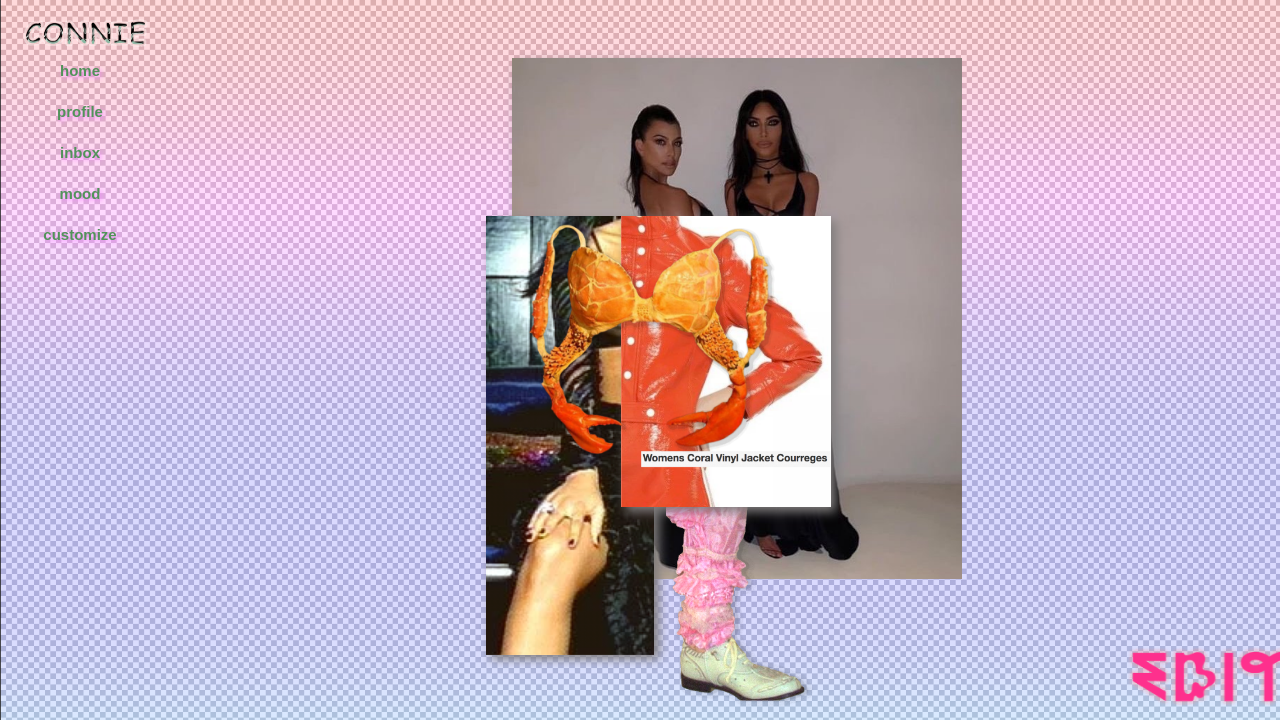
Repository: xuc009/xuc009.github.io
Page: track12/index.html
The author's editor kept a copy of each file at every save. The page is drawn from the files as they stood at one save, then again after the next save.
The browser window is 1280 px wide. The pictures show the whole page.
Some web fonts or font styles are not loaded; a fallback is used. Some web libraries are served in a nearby version.

Above is the page before, as saved 2018-12-08 16:48:56.

### track12/index.html
<!DOCTYPE html>
<html lang="en">
  <head>
    <title>Track 12</title>
    <link rel="shortcut icon" href="" />
    <meta charset="utf-8">
    <meta name="description" content="" />
    <meta property="og:image" content=""/>
    <meta name="viewport" content="width=device-width, initial-scale=1" />
    <script src="https://ajax.googleapis.com/ajax/libs/jquery/3.3.1/jquery.min.js"></script>
    <script src="https://www.w3schools.com/lib/w3.js"></script>
    <link href="assets/css/styles.css" media="all" rel="stylesheet" />
    <meta charset="utf-8" />
    <title>jQuery UI Draggable - Default functionality</title>
    <link rel="stylesheet" href="http://code.jquery.com/ui/1.9.2/themes/base/jquery-ui.css" />
    <script src="http://code.jquery.com/jquery-1.8.3.js"></script>
    <script src="http://code.jquery.com/ui/1.9.2/jquery-ui.js"></script>
    <link href="https://fonts.googleapis.com/css?family=Michroma" rel="stylesheet">
    <style>
    .draggable { width: 0px; height: 0px; padding: 0; }
    </style>
    <script>
    $(function() {
        $( ".draggable" ).draggable();
    });
    </script>

  </head>

  <body>

      <div class="dropdown">
          <button class="dropbtn"><img src="assets/img/conniemenu.gif" width="140px"></button>
          <div class="dropdown-content">
            <a href="#">home</a>
            <a href="#">profile</a>
            <a href="#">inbox</a>
            <a href="#">mood</a>
            <a href="#">customize</a>
          </div>
        </div>

      <div class="edit">
        <a href="https://xuc009.github.io/track11/index.html">
        <img src="assets/img/edit.png" width="300px">
        </a>
      </div>

    <div id="draggable1" class="ui-widget-content draggable tooltip">
        <span class="tooltiptext">id.png</span>
       <img src="assets/img/k.jpg" width="450px">
      </div>

      <div id="draggable2" class="ui-widget-content draggable tooltip">
          <span class="tooltiptext">↗ Aaliyah by me 🔗📹🤗🦋✨ ⬈</span>
        <a href="https://xuc009.github.io/track2/index.html" target="_blank">
          <img src="assets/img/torsob1.png" width="168px">
        </a>
      </div>

      <div id="draggable3" class="ui-widget-content draggable tooltip">
          <span class="tooltiptext">https://goo.gl/MuuDqj</span>
          <a href="https://goo.gl/MuuDqj" target="_blank">
          <img src="assets/img/foot1.png" width="149px">
          </a>
        </div>

     <div id="draggable4" class="ui-widget-content draggable four tooltip">
        <span class="tooltiptext">https://ebay.us/9TBpsq</span>
        <a href="https://ebay.us/9TBpsq" target="_blank">
            <img src="assets/img/torsoa1.png" width="210px">
        </a>
          </div>

      <div id="draggable5" class="ui-widget-content draggable five tooltip">
          <span class="tooltiptext">https://www.instagram.com/p/BoPapCyAAdp/</span>
          <a href="https://www.instagram.com/p/BoPapCyAAdp/" target="_blank">
          <img src="assets/img/bra1.png" width="250px">
          </a>
        </div>









      </div>
    </div>

  </body>
</html>

### track12/assets/css/styles.css
* { box-sizing: border-box; }

body{
	background-color: #ffffff;
	background-image: url('../img/background.png');
	background-size: 1500px;
	margin: 0 auto 0 auto;
	display: inline-block;
    font-size: 0px;
}

.tooltip {
    position: relative;
    display: inline-block;
    border-bottom: 1px dotted black;
}

.tooltip .tooltiptext {
    visibility: hidden;
    /* width: 120px; */
    background-color: #FF308D;
    color: #00E6FF;
    text-align: center;
    padding: 5px 10px;
    font-size:15px;
    font-family: Arial, Helvetica, sans-serif;
    font-weight: 400;

    /* Position the tooltip */
    position: fixed;
    z-index: 1;
    bottom: 0px;
    left:0 ;
}

.tooltip:hover .tooltiptext {
    visibility: visible;
}

a { cursor: move; }

.draggable{
    box-shadow: 5px 5px 10px #000000;
}

#draggable1{
    width: 190px;
    height: 187px;
    background: #fff;
    border: none;
    box-shadow: 5px 5px 10px #807d7d;
    cursor: move;
    position: absolute;
    top: 8%;
    left: 40%;
}


#draggable2 {
    width: 168px;
    height: 438.38px;
    border: none;
    box-shadow: 5px 5px 10px #807d7d;
    position: absolute;
    top: 30%;
    left: 38%;
    cursor: move;
}


#draggable3 {
    width: 365px;
    border: none;
    position: absolute;
    top: 65%;
    left: 52%;
    cursor: move;
}



#draggable4{
    position: absolute;
    width: 210px;
    height: 291px;
    top: 30%;
    left: 48.5%;
    cursor: move;
    border: none;
    box-shadow: 5px 5px 10px #807d7d;

}

#draggable5{
    position: absolute;
    top: 31%;
    left: 41%;
    cursor: move;
    border: none;
}

.edit{
    position: fixed;
    bottom:0;
    left: 83%;
    cursor: pointer;
    transition: all 300ms;
}

.edit:hover{
    transform: translateX(3px) translateY(-3px);
    /* transform: scale(1.05); */
}

.dropbtn {
    background-color: Transparent;
    width: 140px;
    height: 26px;
    padding: 16px;
    font-size: 16px;
    border: none;
    outline: none;
}

.dropdown {
    position: relative;
    width: 140px;
    display: inline-block;
}

.dropdown-content {
    display: none;
    position: absolute;
    background-color: transparent;
    min-width: 160px;
    text-shadow: 2px 2px 5px #F48BFF;
    z-index: 1;
    font-size: 15px;
    text-align: center;
    font-family: Arial, Helvetica, sans-serif;
    font-weight: 600;
}

.dropdown-content a {
    color: #52935A;
    padding: 12px 16px;
    text-decoration: none;
    display: block;
}

.dropdown-content a:hover {text-shadow: 2px 2px 5px #54FAFF;}

.dropdown:hover .dropdown-content {display: block;}

.dropdown:hover .dropbtn {background-color: none;}

After the next save:
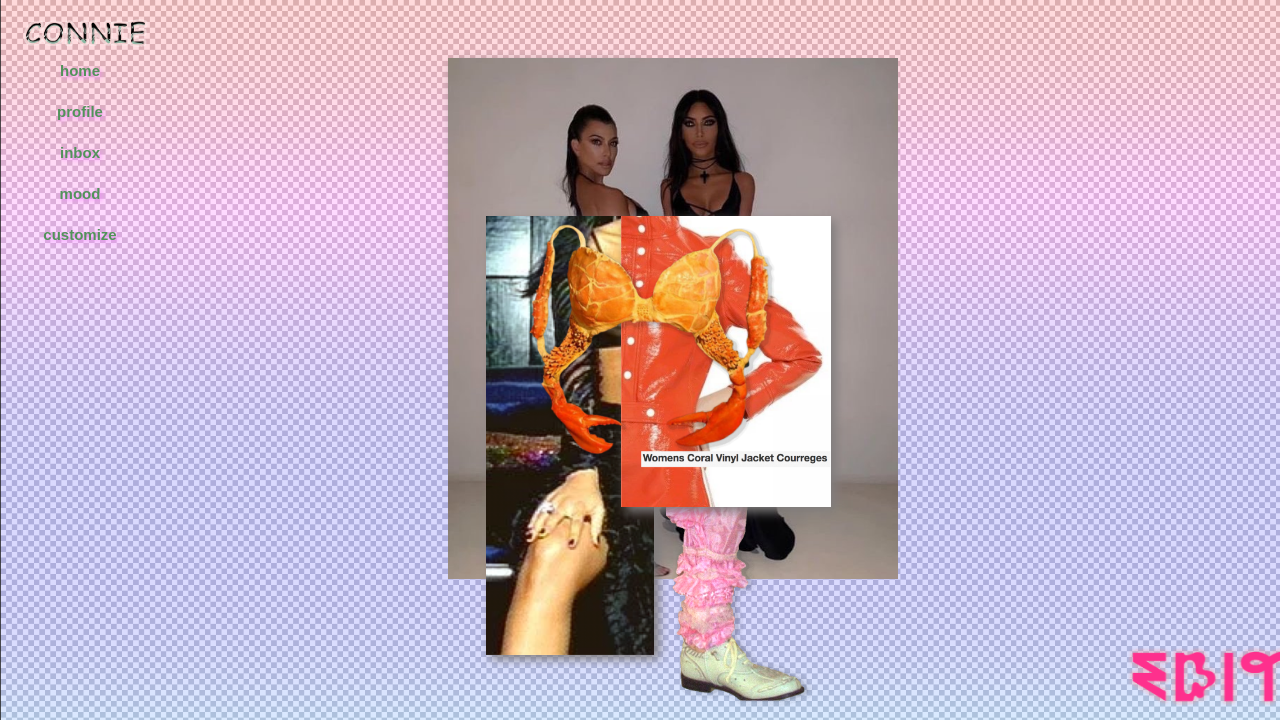
Saved 6 s later.
--- a/track12/assets/css/styles.css
+++ b/track12/assets/css/styles.css
@@ -52,7 +52,7 @@
     cursor: move;
     position: absolute;
     top: 8%;
-    left: 40%;
+    left: 35%;
 }
 
 
